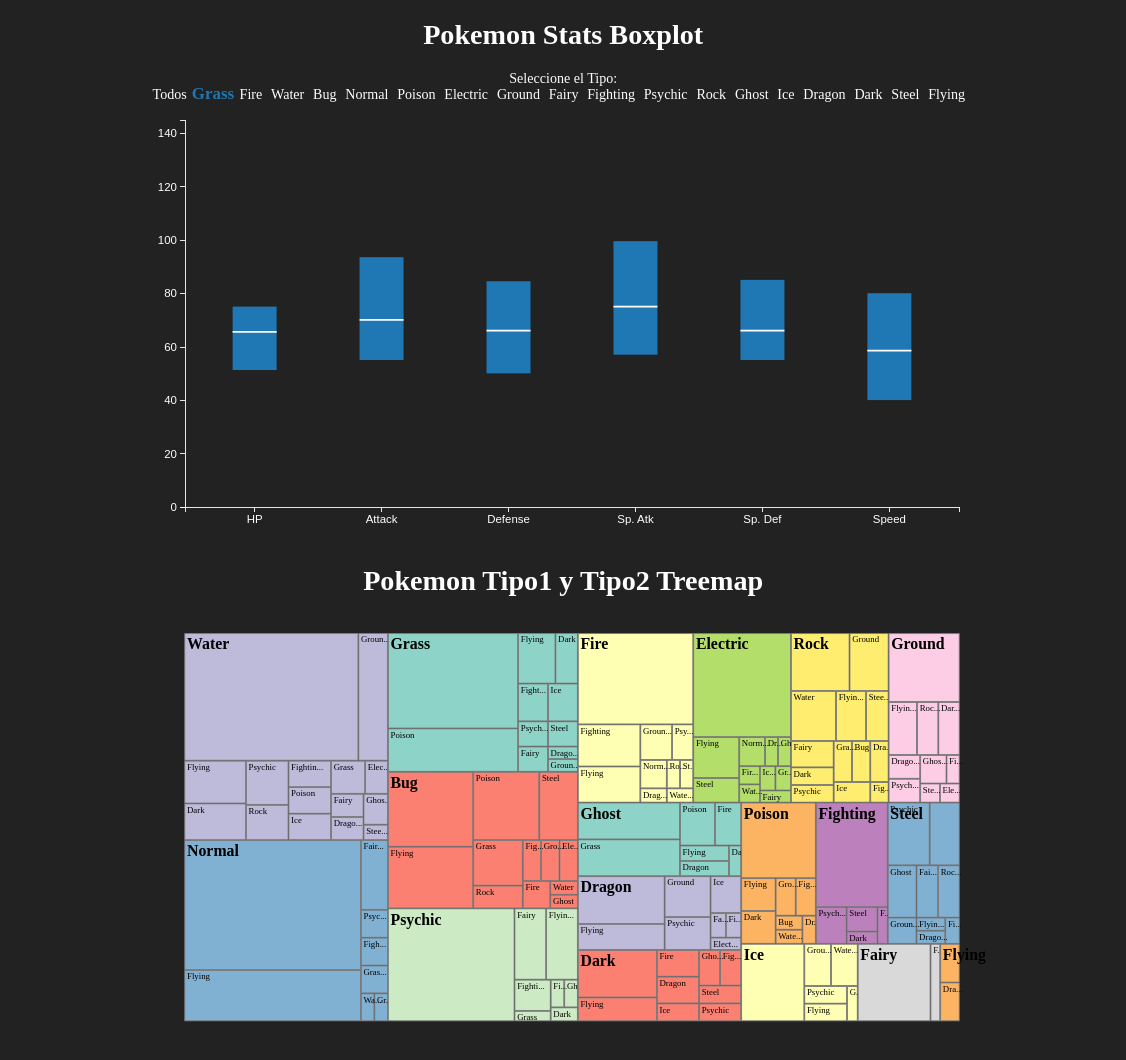
Repository: Cartterr/Proyecto-VisInfo
Page: Propuesta1_Tipos_Cajas.html
An editor plug-in stored every save of this project. The page is shown before and after the next save, followed by the edit.
The browser window is 1280 px wide. The pictures show the whole page, at 88% of full size.

Above is the page before, as saved 2023-06-28 04:29:38.

### Propuesta1_Tipos_Cajas.html
<!DOCTYPE html>
<html>
<head>
    <meta charset="utf-8">
    <title>Pokemon Stats Boxplot</title>
    <script src="https://d3js.org/d3.v7.min.js"></script>
</head>

<body>
    <h1>Pokemon Stats Boxplot</h1>
    <link rel="stylesheet" href="Propuesta1_Tipos_Cajas.css">
    <div>
        <label for="typeSelect">Seleccione el Tipo:</label>
        <div class="type-list-container">
            <ul class="type-list" id="typeList"></ul>
        </div>
    </div>
    <div id="boxplot"></div>
    <h1>Pokemon Tipo1 y Tipo2 Treemap</h1>
    <div id="treemap"></div>
    <script src="Propuesta1_Tipos_Cajas.js"></script>
</body>
</html>

### Propuesta1_Tipos_Cajas.css
body {
    margin: 0 auto;
    background-color: #222;
    color: white;
    max-width: 80%;
    min-width: 500px;
    text-align: center;
}

.box {
    fill: #1f77b4;
    cursor: pointer;
    position: relative; /* Agregado */
}

.box:hover {
    fill: #456b86;
}

.tooltip {
    position: absolute;
    background-color: #fff;
    border: 1px solid #ccc;
    padding: 10px;
    pointer-events: none;
    opacity: 0;
    transition: opacity 0.3s ease-in-out;
    top: -40px; /* Agregado */
    left: 0; /* Agregado */
    width: 100px; /* Agregado */
    text-align: center; /* Agregado */
}

.box:hover .tooltip {
    opacity: 1;
}

.median {
    stroke: white;
    stroke-width: 2px;
}

.axis text {
    font-size: 13px;
}

.axis line,
.axis path {
    fill: none;
    stroke: white;
    shape-rendering: crispEdges;
}

.type-list-container {
    display: flex;
    justify-content: center;
}

.type-list {
    display: flex;
    white-space: nowrap;
    padding: 0;
    margin: 0;
    list-style-type: none;
}

.type-list li {
    margin-right: 10px;
    transition: transform 0.3s;
}

.type-list li:hover {
    transform: scale(1.1);
}

.type-list li.selected {
    transform: scale(1.2);
    font-weight: bold;
    color: #1f77b4;
}

.type-list-container {
    overflow-y: hidden;
}

.type-list {
    display: flex;
    white-space: nowrap;
    padding: 0;
    margin: 0;
    list-style-type: none;
}

.type-list li {
    margin-right: 10px;
}

text {
    font-size: 10px;
}

.text-highlight {
    font-size: 18px; /* Adjust the font size as needed */
    font-weight: bold;
    background-color: yellow; /* Adjust the background color as needed */
  }

### Propuesta1_Tipos_Cajas.js
let selectedType = 'Todos';

d3.csv("pokemon.csv").then(data => {
    const types = Array.from(new Set(data.map(d => d["Type 1"])));
    const statNames = ["HP", "Attack", "Defense", "Sp. Atk", "Sp. Def", "Speed"];

    const margin = { top: 20, right: 30, bottom: 40, left: 50 },
        width = 960 - margin.left - margin.right,
        height = 500 - margin.top - margin.bottom;

    const svg = d3.select("#boxplot")
        .append("svg")
        .attr("width", width + margin.left + margin.right)
        .attr("height", height + margin.top + margin.bottom)
        .append("g")
        .attr("transform", `translate(${margin.left},${margin.top})`);

    const x = d3.scaleBand()
        .range([0, width])
        .padding(0.1);

    const y = d3.scaleLinear()
        .range([height, 0]);

    const xAxis = d3.axisBottom(x);
    const yAxis = d3.axisLeft(y);

    svg.append("g")
        .attr("class", "axis x-axis")
        .attr("transform", `translate(0,${height})`)
        .call(xAxis);

    svg.append("g")
        .attr("class", "axis y-axis")
        .call(yAxis);

    const updateBoxPlot = (selectedType) => {
        let typeData;
        if (selectedType === 'Todos') {  // Add this condition
            typeData = data;
        } else {
            typeData = data.filter(d => d["Type 1"] === selectedType);
        }

        const typeStats = statNames.map(stat => typeData.map(d => +d[stat]));

        x.domain(statNames);
        y.domain([0, d3.max(typeStats, d => d3.max(d))]);

        svg.select(".x-axis")
            .call(xAxis);

        svg.select(".y-axis")
            .transition()
            .duration(250)
            .call(yAxis);

        const boxWidth = Math.min(50, x.bandwidth());

        svg.selectAll(".box")
            .data(typeStats)
            .join("rect")
            .transition()
            .duration(450)
            .attr("class", "box")
            .attr("x", (d, i) => x(statNames[i]) + (x.bandwidth() - boxWidth) / 2)
            .attr("width", boxWidth)
            .attr("y", d => y(d3.quantile(d, 0.75)))
            .attr("height", d => y(d3.quantile(d, 0.25)) - y(d3.quantile(d, 0.75)));

        typeList.selectAll("li")
            .classed("selected", d => d === selectedType);

        svg.selectAll(".median")
            .data(typeStats)
            .join("line")
            .transition()
            .duration(450)
            .attr("class", "median")
            .attr("x1", (d, i) => x(statNames[i]) + (x.bandwidth() - boxWidth) / 2)
            .attr("x2", (d, i) => x(statNames[i]) + (x.bandwidth() + boxWidth) / 2)
            .attr("y1", d => y(d3.median(d)))
            .attr("y2", d => y(d3.median(d)));


    };

    const typeList = d3.select("#typeList");
    typeList.selectAll("li")
        .data(['Todos'].concat(types))  // Add 'Todos' to the list
        .enter()
        .append("li")
        .text(d => d)
        .on("click", function () {
            let clickedType = d3.select(this).text();

            if (clickedType === selectedType) {
                selectedType = 'Todos';
            } else {
                selectedType = clickedType;
            }

            svgTreemap.selectAll("rect")
                .attr("opacity", d => d.parent.data.name === selectedType || selectedType === 'Todos' ? 1 : 0.3);

            updateBoxPlot(selectedType);
        });


    // Initialize with the first type
    updateBoxPlot(types[0]);

    // Add an id for each Pokemon (needed to compute hierarchy)
    data.forEach((d, i) => d.id = i);


   //TREEMAP
    const color = d3.scaleOrdinal()
    .domain(types)
    .range(d3.schemeSet3);

    // Group the data by Type 1 and Type 2
    let groupedData = d3.group(data, d => d["Type 1"], d => d["Type 2"]);

    // Convert the grouped data into a hierarchical structure
    let hierarchyData = { name: "root", children: [] };
    for (let [type1, values1] of groupedData) {
        let type1Node = { name: type1, children: [] };
        for (let [type2, values2] of values1) {
            type1Node.children.push({ name: type2, value: values2.length });
        }
        hierarchyData.children.push(type1Node);
    }


    // Building the treemap
    const root = d3.hierarchy(hierarchyData)
        .sum(d => d.value)
        .sort((a, b) => b.value - a.value);

    d3.treemap()
        .size([width, height])
        .paddingInner(1)
        (root);

    const svgTreemap = d3.select("#treemap")
        .append("svg")
        .attr("width", width + margin.left + margin.right)
        .attr("height", height + margin.top + margin.bottom)
        .append("g")
        .attr("transform", `translate(${margin.left},${margin.top})`);

    // Create a parent groups for Type 1
    const groups = svgTreemap.selectAll('g')
        .data(root.children)
        .enter()
        .append('g');

    let selectedTypeNode = null;

    // Create a subgroup for each leaf under Type 1 group
    groups.selectAll("rect")
        .data(d => d.leaves())
        .enter()
        .append("rect")
        .attr("x", d => d.x0)
        .attr("y", d => d.y0)
        .attr("width", d => d.x1 - d.x0)
        .attr("height", d => d.y1 - d.y0)
        .attr("fill", d => color(d.parent.data.name)) // color according to Type 1
        .attr("stroke", "grey")
        .attr("opacity", 1)
        .on("click", function(event, d) {
            svgTreemap.selectAll("rect")
                .attr("opacity", 0.3); // reduce opacity for all rectangles

            if (selectedTypeNode) {

                selectedTypeNode.selectAll("rect")
                    .attr("opacity", 0.3); // reset opacity for previously selected group
            }

            if (selectedTypeNode === d3.select(this.parentNode)) {
                selectedTypeNode = null;
            } else {
                selectedTypeNode = d3.select(this.parentNode);

                selectedTypeNode.selectAll("rect")
                    .attr("opacity", 1); // set full opacity for selected group
            }

            const type = d.parent.data.name; // Type 1
            selectedType = selectedType === type ? 'Todos' : type;

            svgTreemap.selectAll("rect")
                .attr("opacity", d => selectedType === 'Todos' || d.parent.data.name === selectedType ? 1 : 0.3);


            typeList.selectAll("li")
                .classed("selected", d => d === selectedType);

            updateBoxPlot(selectedType);
        });

    // Add labels for Type 2 and Type 1
    groups.selectAll("text.type2")
        .data(d => d.leaves())
        .enter()
        .append("text")
        .attr("class", "type2")
        .attr("x", d => d.x0 + 2.5)
        .attr("y", d => d.y0 + 10)
        .text(d => d.data.name.length * 6 < (d.x1 - d.x0) ? d.data.name : `${d.data.name.slice(0, (d.x1 - d.x0) / 6)}...`) // Truncate text if it doesn't fit
        .append("title")  // Tooltip to show full name on hover
        .text(d => d.data.name);

    groups.append("text")
        .attr("class", "type1 text-highlight") // Add the "text-highlight" class
        .attr("x", d => d.x0 + 2.5)
        .attr("y", d => d.y0 + 18)
        .text(d => d.data.name) // show Type 1
        .append("title") // Tooltip to show full name on hover
        .text(d => d.data.name);

});

After the next save:
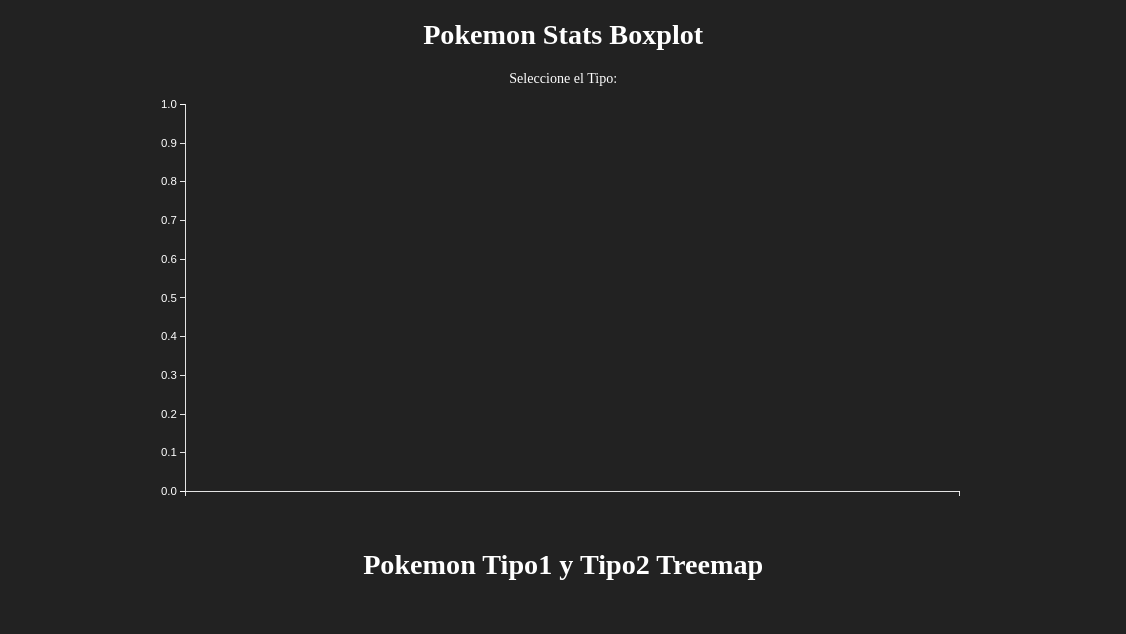
Console error: ReferenceError: zoomed is not defined
Saved 82 s later.
--- a/Propuesta1_Tipos_Cajas.js
+++ b/Propuesta1_Tipos_Cajas.js
@@ -33,6 +33,13 @@
     svg.append("g")
         .attr("class", "axis y-axis")
         .call(yAxis);
+
+    let zoom = d3.zoom()
+        .scaleExtent([1, 5])
+        .on("zoom", zoomed);
+
+    svg.call(zoom);
+
 
     const updateBoxPlot = (selectedType) => {
         let typeData;

After the 2 saves that followed:
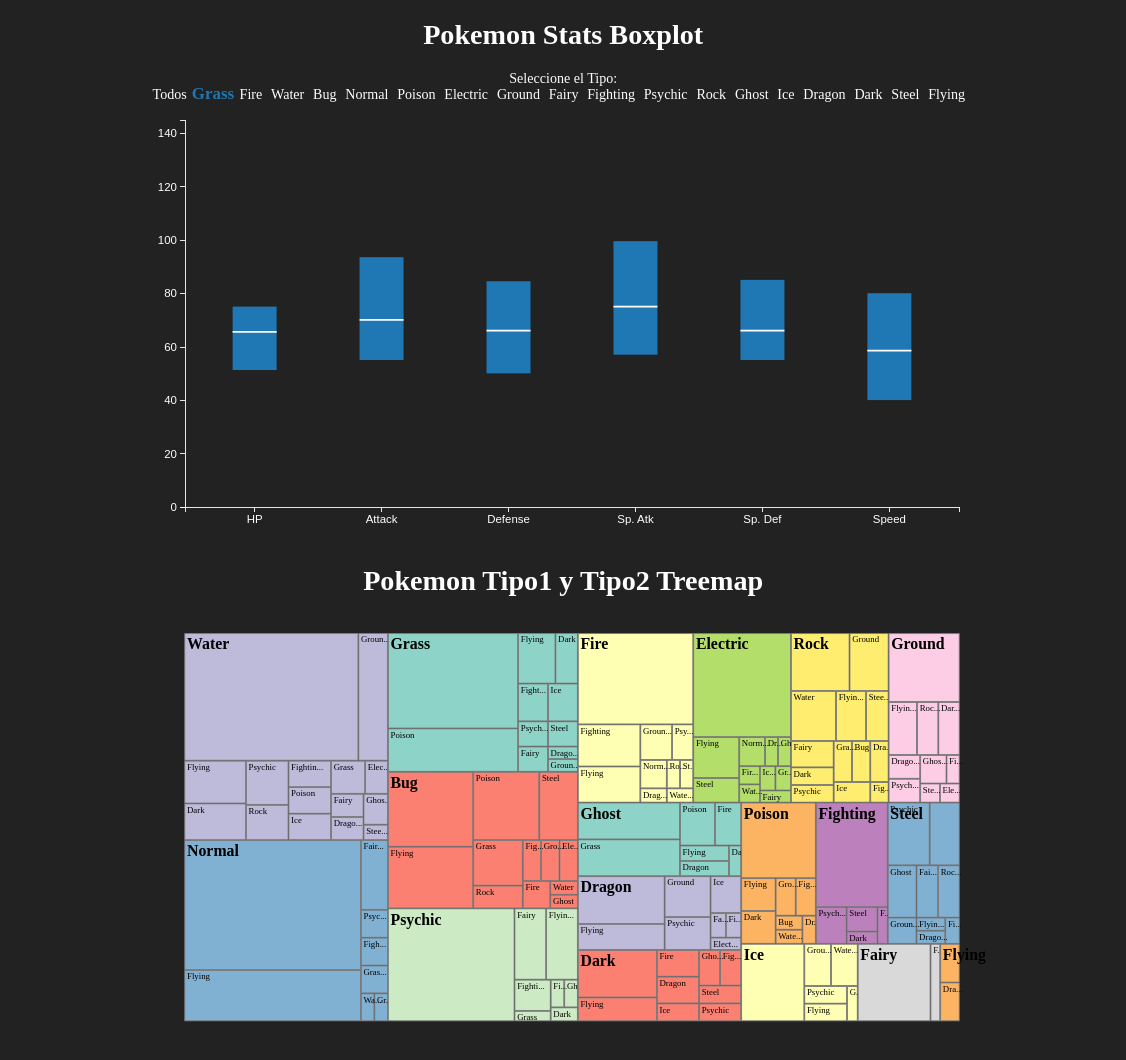
The error is gone.
The 2 saves are shown as one change because they came seconds apart.
The last was saved 23 s later.
--- a/Propuesta1_Tipos_Cajas.js
+++ b/Propuesta1_Tipos_Cajas.js
@@ -34,11 +34,7 @@
         .attr("class", "axis y-axis")
         .call(yAxis);
 
-    let zoom = d3.zoom()
-        .scaleExtent([1, 5])
-        .on("zoom", zoomed);
-
-    svg.call(zoom);
+
 
 
     const updateBoxPlot = (selectedType) => {
@@ -119,6 +115,17 @@
 
     // Add an id for each Pokemon (needed to compute hierarchy)
     data.forEach((d, i) => d.id = i);
+
+
+    let zoom = d3.zoom()
+        .scaleExtent([1, 5])
+        .on("zoom", zoomed);
+
+    svg.call(zoom);
+
+    function zoomed(event) {
+        svg.attr("transform", event.transform);
+    }
 
 
    //TREEMAP
